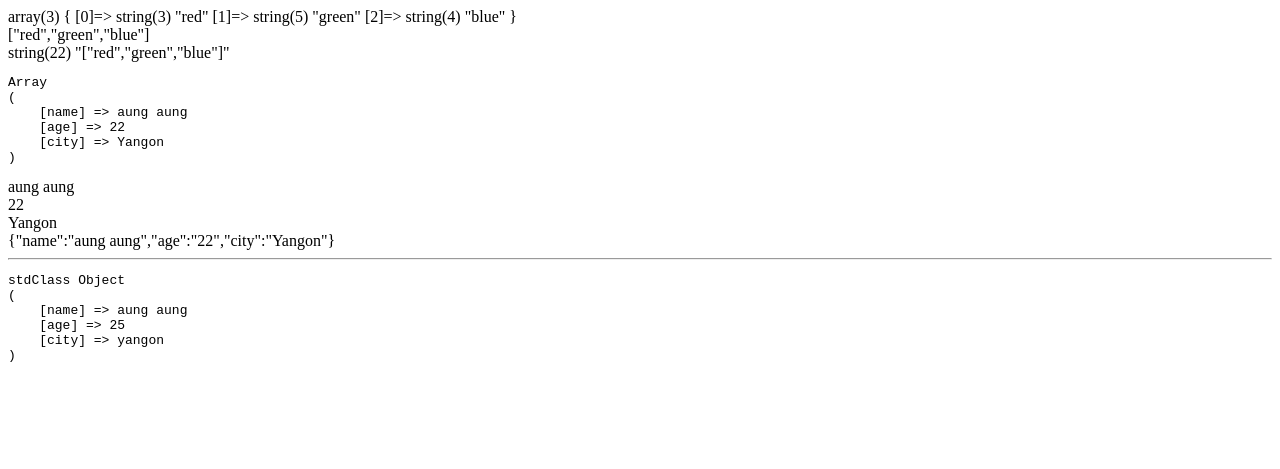
Repository: hsumyatm7308/PHP
Page: http://localhost/l37json.php
An editor plug-in stored every save of this project. The page is shown before and after the next save, followed by the edit.
The browser window is 1280 px wide. The pictures show the whole page.
The page is run by PHP 8.4 with error messages shown; the project is at /var/www/html/.

Above is the page before, as saved 2023-05-12 17:09:05.

After the next save:
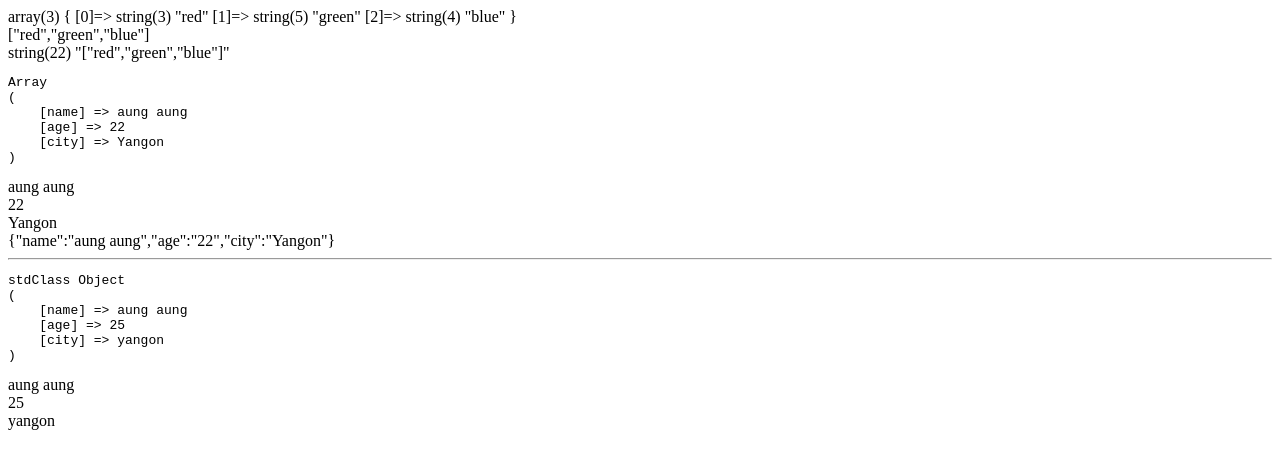
Saved 39 s later.
--- a/part1/l37json.php
+++ b/part1/l37json.php
@@ -42,6 +42,8 @@ echo "<pre>".print_r($studentsde,true)."</pre>";
 // echo $studentsen["city"];
 
 // can print(-> Object Operactor)
-
+echo $studentsde->name . "<br>";
+echo $studentsde->age . "<br>";
+echo $studentsde->city . "<br>";
 
 ?>
